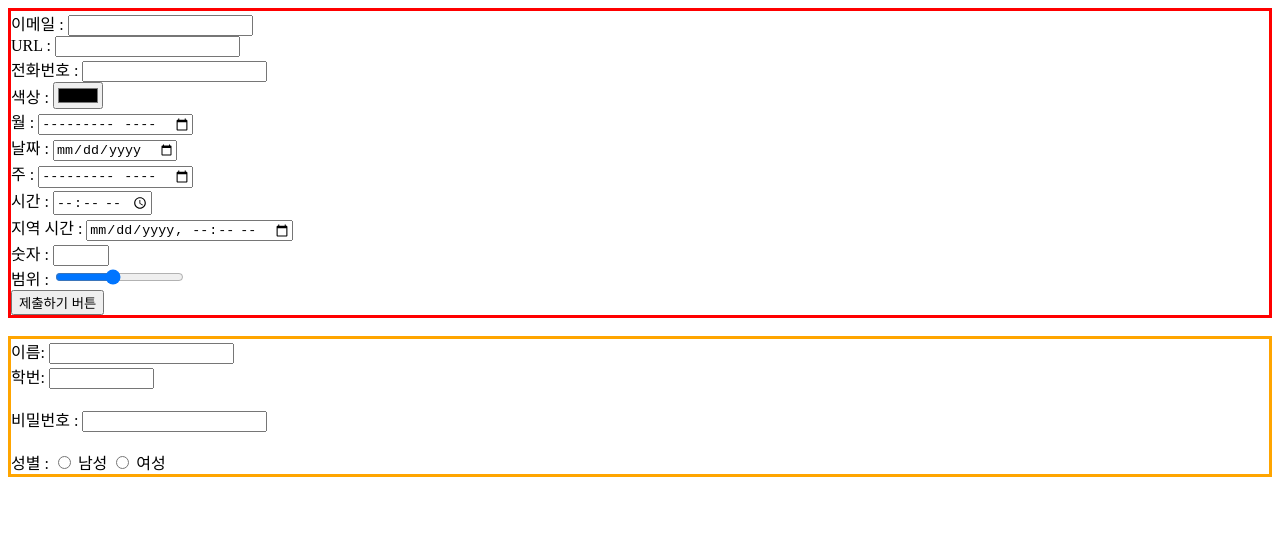
Repository: dhbaek2004/JSPex
Page: http://localhost/UX/InputForm.jsp
The author's editor kept a copy of each file at every save. The page is drawn from the files as they stood at one save, then again after the next save.
The browser window is 1280 px wide. The pictures show the whole page.
The page is served by Tomcat 9.

Above is the page before, as saved 2020-08-26 14:57:20.

After the next save:
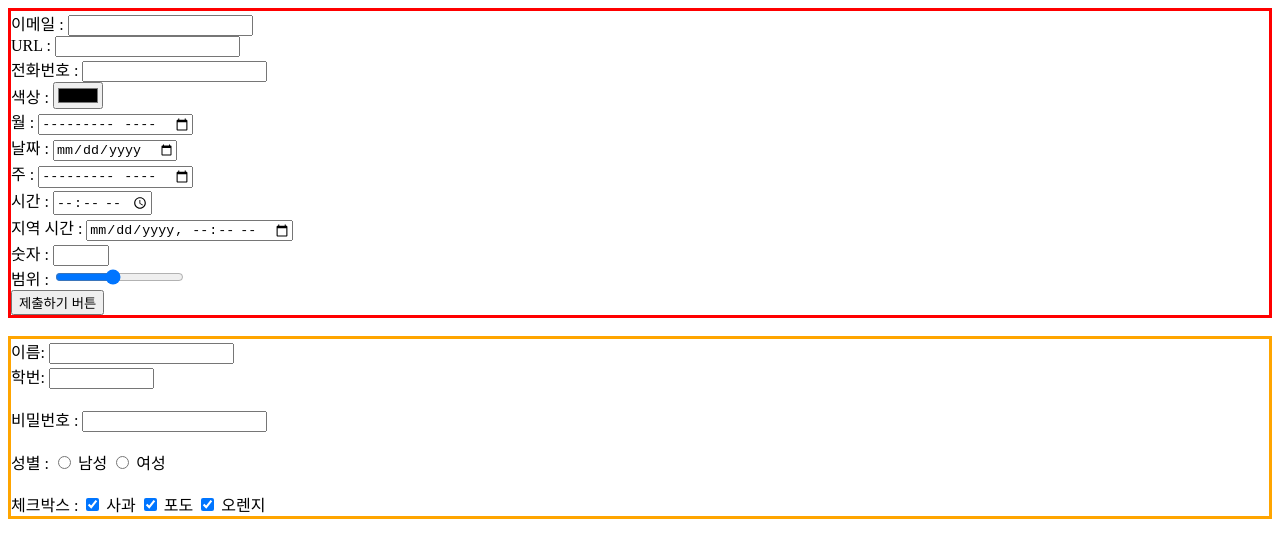
Saved 67 s later.
--- a/Infrearn/UX/UX/WebContent/InputForm.jsp
+++ b/Infrearn/UX/UX/WebContent/InputForm.jsp
@@ -34,7 +34,12 @@
 			<br>
 			성별 :
 			<input type="radio" name="gender" value="male"> 남성
-			<input type="radio" name="gender" value="female"> 여성
+			<input type="radio" name="gender" value="female"> 여성 <br>
+			<br>
+			체크박스 :
+			<input type="checkbox" name="fruits" value="apple" checked> 사과
+			<input type="checkbox" name="fruits" value="grape" checked> 포도
+			<input type="checkbox" name="fruits" value="orange" checked> 오렌지
 		</div>
 
 
